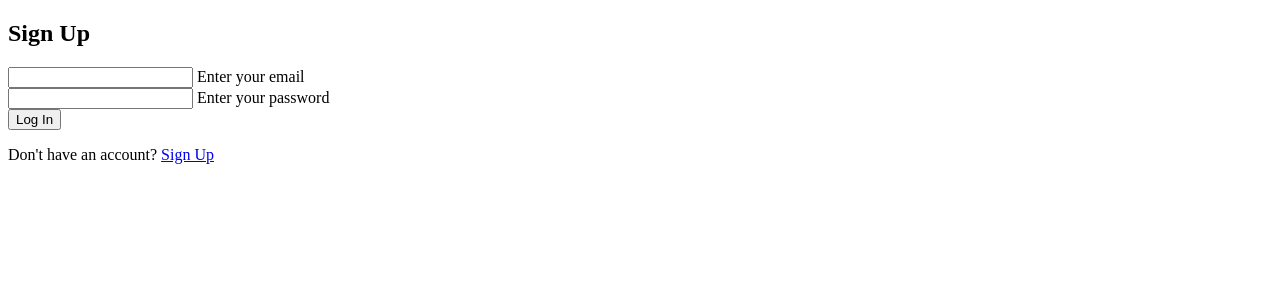
Repository: moehaymanmyint/Book-Longue-Web-System
Page: pages /signup.html
The author's editor kept a copy of each file at every save. The page is drawn from the files as they stood at one save, then again after the next save.
The browser window is 1280 px wide. The pictures show the whole page.

Above is the page before, as saved 2024-12-30 10:05:38.

### pages /signup.html
<!DOCTYPE html>
<html>
<head>
  <meta charset="UTF-8">
  <meta name="viewport" content="width=device-width, initial-scale=1.0">
  <title>Sign Up - Book Longue</title>
  <link rel="stylesheet" href="../style/signup.css">
</head>
<body>
  <div class="wrapper">
    <form action="#">
      <h2>Sign Up</h2>
        <div class="input-field">
        <input type="text" required>
        <label>Enter your email</label>
      </div>
      <div class="input-field">
        <input type="password" required>
        <label>Enter your password</label>
      </div>
      <button type="submit">Log In</button>
      <div class="register">
        <p>Don't have an account? <a href="#">Sign Up</a></p>
      </div>
    </form>
  </div>
</body>
</html>

Loaded but not shown: style/signup.css (no stored copy; drawn as an empty file)

After the next save:
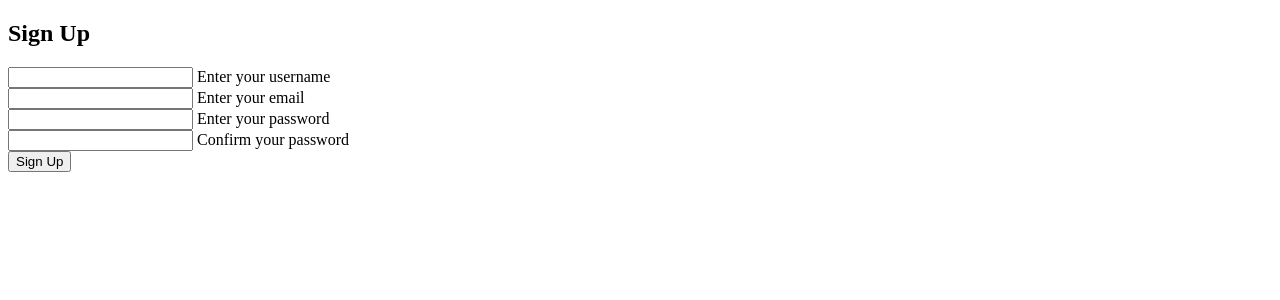
Saved 99 s later.
--- a/pages /signup.html
+++ b/pages /signup.html
@@ -3,25 +3,30 @@
 <head>
   <meta charset="UTF-8">
   <meta name="viewport" content="width=device-width, initial-scale=1.0">
-  <title>Sign Up - Book Longue</title>
+  <title>Sign Up - Book Lounge</title>
   <link rel="stylesheet" href="../style/signup.css">
 </head>
 <body>
   <div class="wrapper">
     <form action="#">
       <h2>Sign Up</h2>
-        <div class="input-field">
+      <div class="input-field">
         <input type="text" required>
+        <label>Enter your username</label>
+      </div>
+      <div class="input-field">
+        <input type="email" required>
         <label>Enter your email</label>
       </div>
       <div class="input-field">
         <input type="password" required>
         <label>Enter your password</label>
       </div>
-      <button type="submit">Log In</button>
-      <div class="register">
-        <p>Don't have an account? <a href="#">Sign Up</a></p>
+      <div class="input-field">
+        <input type="password" required>
+        <label>Confirm your password</label>
       </div>
+      <button type="submit">Sign Up</button>
     </form>
   </div>
 </body>
